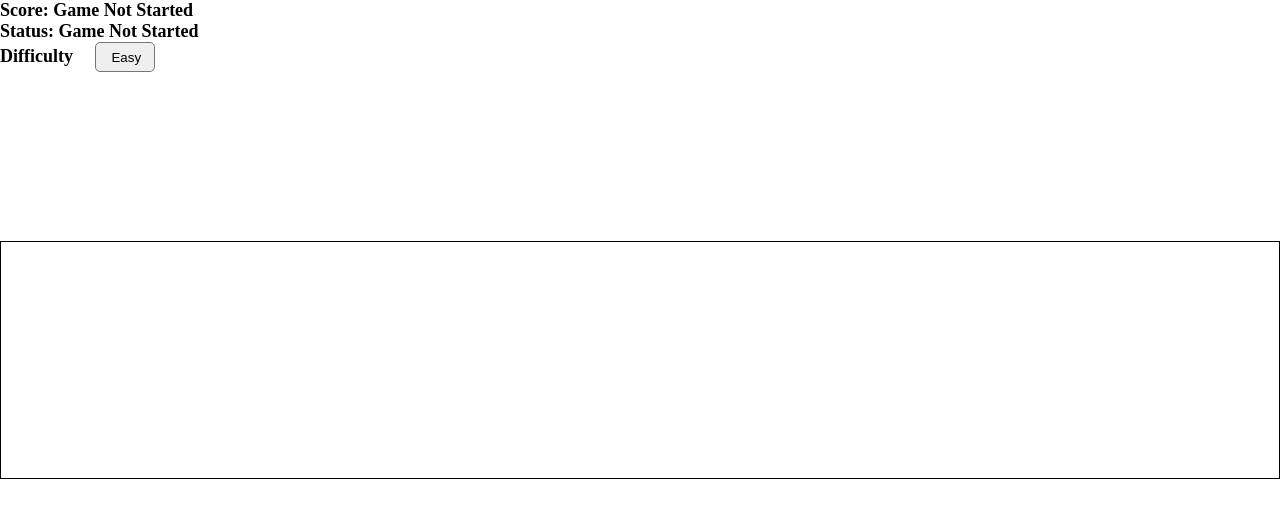
Repository: lulyany/bytedance_hw2
Page: test.html
The author's editor kept a copy of each file at every save. The page is drawn from the files as they stood at one save, then again after a run of saves.
The browser window is 1280 px wide. The pictures show the whole page.

Above is the page before, as saved 2022-03-12 02:43:23.

After the next 2 saves:
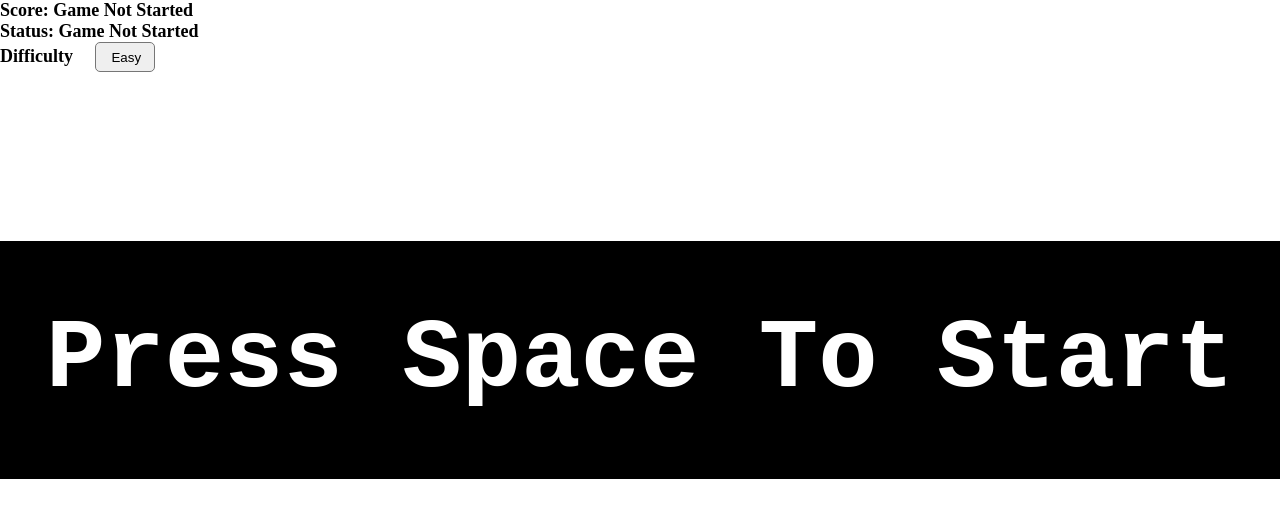
The 2 saves are shown as one change because they came seconds apart.
The last was saved 17 s later.
--- a/test.css
+++ b/test.css
@@ -67,8 +67,7 @@
     justify-content:space-around;
     border:1px solid black;
     font-size: 5.5rem;
-    /* background-color: black; */
-    background-image: "";
+    background-color: black;
     color: white;
     z-index: 9999;
     font-family: monospace;
